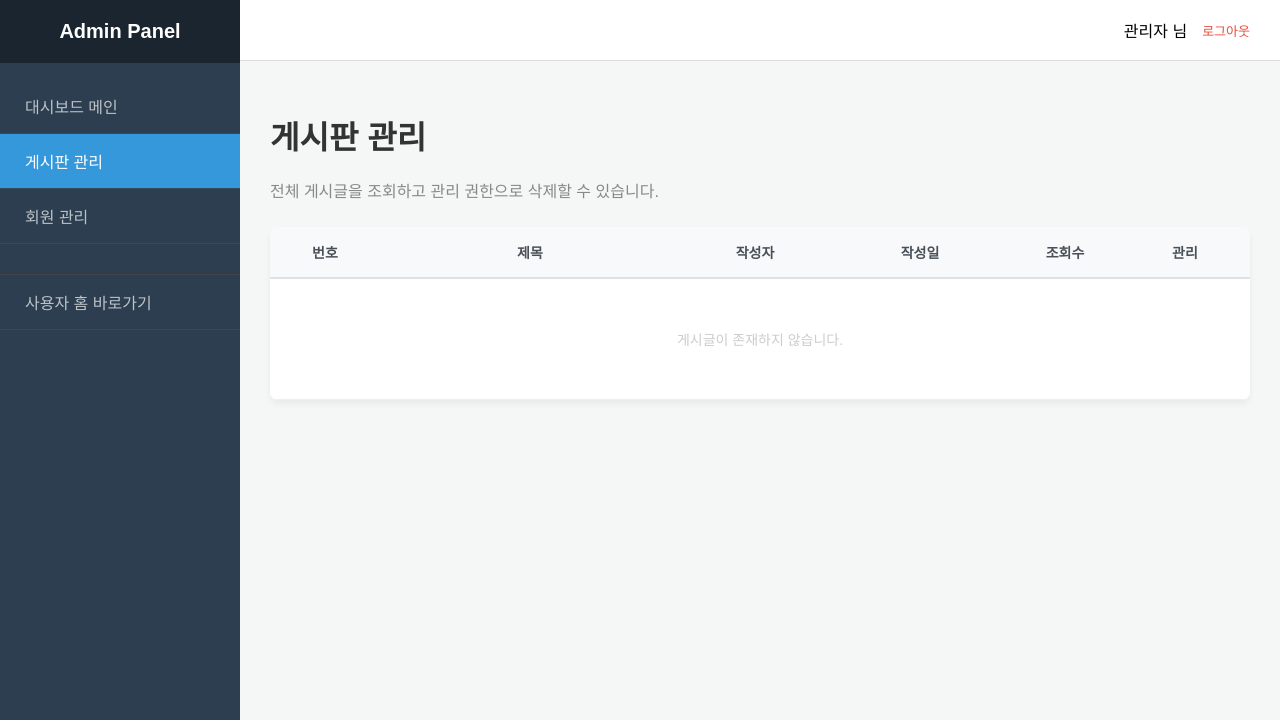
Repository: cjoh0407-ctrl/spring_legacy_project
Page: http://localhost/project/WEB-INF/views/admin/board/boardList.jsp
An editor plug-in stored every save of this project. The page is shown before and after the next save, followed by the edit.
The browser window is 1280 px wide. The pictures show the whole page.
The page is served by Tomcat 10. Nobody is signed in. Other server files are loaded and not shown. The template is opened directly, without the code that normally fills it, so the values that code supplies are empty.

Above is the page before, as saved 2026-01-05 05:48:14.

### project/src/main/webapp/WEB-INF/views/admin/board/boardList.jsp
<%@ page language="java" contentType="text/html; charset=UTF-8" pageEncoding="UTF-8"%>
<%@ taglib uri="http://java.sun.com/jsp/jstl/core" prefix="c" %>
<!DOCTYPE html>
<html>
<head>
<meta charset="UTF-8">
<title>관리자 - 게시판 관리</title>
<style>
    body { margin: 0; font-family: 'Malgun Gothic', sans-serif; display: flex; background-color: #f4f7f6; }

    /* 사이드바 (메인과 통일) */
    .sidebar { width: 240px; background: #2c3e50; color: white; height: 100vh; position: fixed; }
    .sidebar-header { padding: 20px; text-align: center; background: #1a252f; font-size: 20px; font-weight: bold; }
    .sidebar-menu { padding: 0; list-style: none; }
    .sidebar-menu li a { display: block; padding: 15px 25px; color: #bdc3c7; text-decoration: none; border-bottom: 1px solid #34495e; }
    .sidebar-menu li a:hover { background: #34495e; color: white; }
    .sidebar-menu li a.active { background: #3498db; color: white; }

    /* 메인 영역 */
    .main-content { margin-left: 240px; width: calc(100% - 240px); }
    .admin-header { height: 60px; background: white; border-bottom: 1px solid #ddd; display: flex; align-items: center; justify-content: flex-end; padding: 0 30px; }

    .container { padding: 30px; }
    .page-title { margin-bottom: 20px; color: #333; }

    /* 테이블 스타일 */
    .admin-table { width: 100%; border-collapse: collapse; background: white; border-radius: 8px; overflow: hidden; box-shadow: 0 4px 6px rgba(0,0,0,0.05); }
    .admin-table th { background: #f8f9fa; padding: 15px; border-bottom: 2px solid #dee2e6; color: #495057; font-size: 14px; }
    .admin-table td { padding: 15px; border-bottom: 1px solid #eee; text-align: center; font-size: 14px; color: #666; }
    .admin-table tr:hover { background-color: #fcfcfc; }

    .title-cell { text-align: left !important; }
    .title-cell a { color: #333; text-decoration: none; font-weight: bold; }
    .title-cell a:hover { color: #3498db; }

    /* 강제 삭제 버튼 */
    .btn-delete { background: #e74c3c; color: white; border: none; padding: 8px 12px; border-radius: 4px; cursor: pointer; font-size: 12px; transition: 0.2s; }
    .btn-delete:hover { background: #c0392b; }
</style>
<script>
    function forceDelete(seq) {
        if(confirm(seq + "번 게시글을 정말 강제로 삭제하시겠습니까?\n삭제 후 복구가 불가능합니다.")) {
            // 관리자 전용 삭제 API 또는 컨트롤러 경로 호출
            location.href = "/admin/boardDelete?seq=" + seq;
        }
    }
</script>
</head>
<body>

    <div class="sidebar">
        <div class="sidebar-header">Admin Panel</div>
        <ul class="sidebar-menu">
            <li><a href="/admin/main">대시보드 메인</a></li>
            <li><a href="/admin/board/list" class="active">게시판 관리</a></li>
            <li><a href="/admin/member/list">회원 관리</a></li>
            <li><a href="/board/list" style="margin-top: 30px; border-top: 1px solid #444;">사용자 홈 바로가기</a></li>
        </ul>
    </div>

    <div class="main-content">
        <header class="admin-header">
            <span>관리자 <b>${sessionScope.member.name}</b>님</span>
            <a href="/member/logout" style="margin-left:15px; color:#e74c3c; text-decoration:none; font-size:13px;">로그아웃</a>
        </header>

        <div class="container">
            <h1 class="page-title">게시판 관리</h1>
            <p style="color: #888; margin-bottom: 25px;">전체 게시글을 조회하고 관리 권한으로 삭제할 수 있습니다.</p>

            <table class="admin-table">
                <thead>
                    <tr>
                        <th width="80">번호</th>
                        <th>제목</th>
                        <th width="120">작성자</th>
                        <th width="150">작성일</th>
                        <th width="80">조회수</th>
                        <th width="100">관리</th>
                    </tr>
                </thead>
                <tbody>
                    <c:forEach var="board" items="${list}">
                        <tr>
                            <td>${board.seq}</td>
                            <td class="title-cell">
                                <a href="/board/detail?seq=${board.seq}" target="_blank">${board.title}</a>
                            </td>
                            <td>${board.writer}</td>
                            <td>${board.regdateShort}</td>
                            <td>${board.hit}</td>
                            <td>
                                <button type="button" class="btn-delete" onclick="forceDelete(${board.seq})">강제삭제</button>
                            </td>
                        </tr>
                    </c:forEach>
                    <c:if test="${empty list}">
                        <tr>
                            <td colspan="6" style="padding: 50px; color: #ccc;">게시글이 존재하지 않습니다.</td>
                        </tr>
                    </c:if>
                </tbody>
            </table>
        </div>
    </div>

</body>
</html>

After the next save:
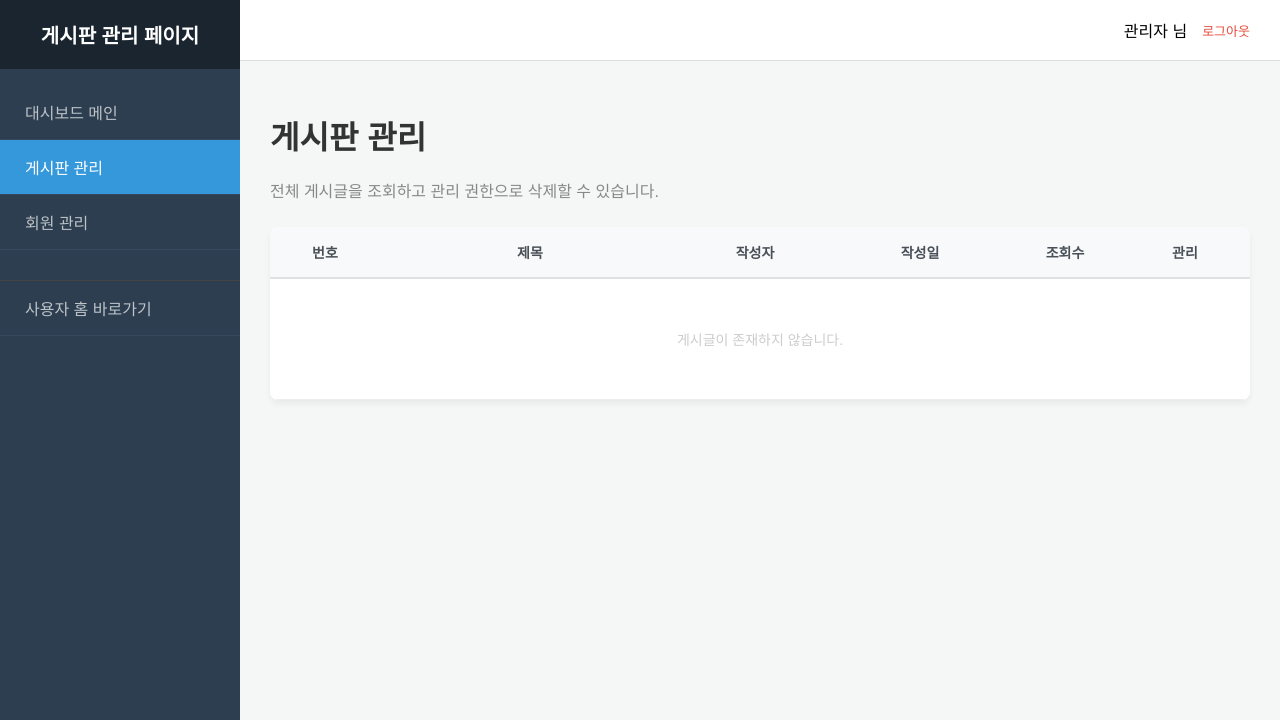
Saved 2 min 49 s later.
--- a/project/src/main/webapp/WEB-INF/views/admin/board/boardList.jsp
+++ b/project/src/main/webapp/WEB-INF/views/admin/board/boardList.jsp
@@ -49,7 +49,7 @@
 <body>
 
     <div class="sidebar">
-        <div class="sidebar-header">Admin Panel</div>
+        <div class="sidebar-header">게시판 관리 페이지</div>
         <ul class="sidebar-menu">
             <li><a href="/admin/main">대시보드 메인</a></li>
             <li><a href="/admin/board/list" class="active">게시판 관리</a></li>
